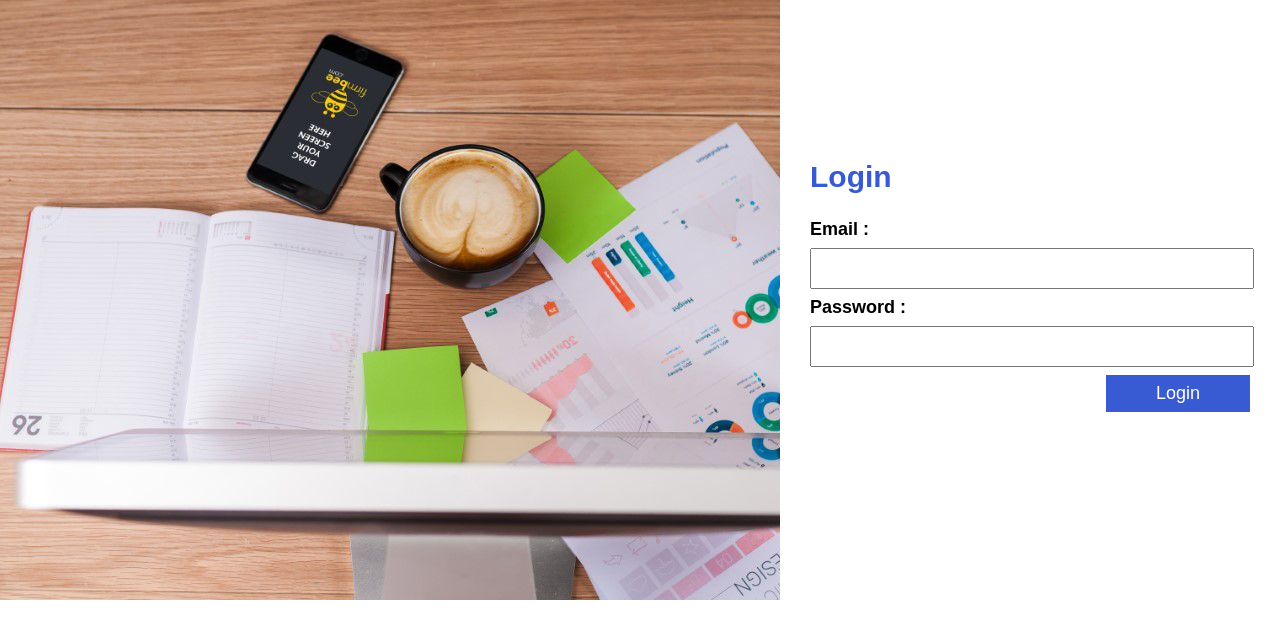
Repository: bayulalu/sekolah-orgaisasi
Page: http://localhost/login-user
These files come from the project's save history. The page is drawn as it stood at one moment and after the next save; the edit follows.
The browser window is 1280 px wide. The pictures show the whole page.
The page is served by the project's Laravel application, run on PHP 8.4 with Laravel 8. Other server files are loaded and not shown.

Above is the page before, as saved 2020-07-19 14:04:30.

### routes/web.php
<?php

use Illuminate\Support\Facades\Route;



// Route::get('/', function () {
//     return view('welcome');
// });



Route::get('/login-user', 'AuthController@login')->name('login');
Route::post('/login-user', 'AuthController@postLogin')->name('login');
Route::get('/event', 'ArtikelController@event')->name('event');

Route::group(['middleware' => 'auth'], function(){

    Route::get('/register-user','AuthController@registerUser')->name('register');
    Route::post('/register-user','AuthController@storeUser')->name('register');
    Route::get('/logout', 'AuthController@logout' )->name('logout');

    Route::get('/create-envet', 'ArtikelController@create')->name('create-event');
    Route::post('/create-envet', 'ArtikelController@store')->name('create-event');

    Route::get('/event-delete/{slug}', 'ArtikelController@delete');
    Route::get('/event-update/{slug}', 'ArtikelController@edit');
    Route::post('/event-update/{slug}', 'ArtikelController@update');
});

Route::get('/', 'ArtikelController@index')->name('home');
Route::get('/event/{slug}', 'ArtikelController@showDetail')->name('singgel-event');


// Route::get('/tes', function () {
//     return view('gush.singgle');

// });

// Auth::routes();

// Route::get('/home', 'HomeController@index')->name('home');

### app/Http/Controllers/AuthController.php
<?php

namespace App\Http\Controllers;

use Auth;
use Illuminate\Http\Request;
use App\Models\User;
use Illuminate\Support\Facades\Auth as FacadesAuth;

class AuthController extends Controller
{
    public function login()
    {
        return view('auth2.login');
    }

    public function postLogin(Request $request)
    {
        // die('mask');

        $this->validate($request, [
            'user' => 'required',
            'password' => 'required'
        ]);


        $users = auth()->attempt(['user' => $request->user, 'password' => $request->password]);

        if (!$users) {
            return redirect()->back()->withInput($request->only('user', 'password'));
        }

        return redirect()->route('home');
    }

    public function registerUser()
    {
        if(Auth::user()->level != 1){
            return redirect()->route('home');

        }


        return view('auth2.register');
    }

    public function storeUser(Request $request)
    {

        if(Auth::user()->level != 1){
            return redirect()->route('home');

        }

        $this->validate($request, [
            'name' => 'required',
            'user' => 'required|unique:users',
            'organisasi' => 'required',
            'password' => 'required|string'
        ]);


      User::create([
            'name' => $request->name,
            'user' => $request->user,
            'status' => $request->organisasi,
            'password' =>  bcrypt($request->password),
            'level' => 2,
        ]);

        return redirect()->route('register')->with('msg','User Berhasil Di Tambah');


    }



    public function logout()
    {
        Auth::logout();
        return redirect()->route('home');
    }
}

### resources/views/auth2/login.blade.php


<!DOCTYPE html>
<html lang="en">
<head>
    <meta charset="UTF-8">
    <meta name="viewport" content="width=device-width, initial-scale=1.0">
    <meta http-equiv="X-UA-Compatible" content="ie=edge">
    <title>Login</title>
</head>
    <link rel="stylesheet" href="{{ asset('css/login.css') }}">
<body>
    <div class="d1">

    </div>
    <div class="login">
      <form class="" action="index.html" method="post">
        <h2>Login </h2>
    <label for="">Email :</label>
        <input class="txtb" type="text" name="" value="">
        <label for="">Password :</label>
        <input class="txtb" type="password" name="" value="">
        <div class="check">

      </div>
            <input class="btn" type="button" name="" value="Login">
      </form>
    </div>
</body>
</html>

### public/css/login.css
body,
html {
    margin: 0;
    padding: 0;
    height: 100%;
    font-family: sans-serif;
}
.d1 {
    width: 70%;
    height: 100%;
    overflow: hidden;
    float: left;
    /* background: ("../img/intro-bg.png") center; */
    background-image: url("../img/login.jpg")  ;
    background-repeat: no-repeat;
}
.login {
    position: fixed;
    overflow: hidden;
    width: 100%;
    max-width: 500px;
    right: 0;
    margin: 0;
    background: #fff;
    height: 100%;
    z-index: 1;
}
.login form {
    margin: 160px 30px;
}
.login h2 {
    font-size: 30px;
    color: #385ad2;
}
.login label {
    display: block;
    font-size: 18px;
    font-weight: 700;
    margin: 8px 0;
}
.txtb {
    width: 100%;
    padding: 8px 0;
    font-size: 18px;
}
.check {
    margin: 8px 0;
}
.btn {
    display: block;
    float: right;
    background: #385ad2;
    font-size: 18px;
    padding: 8px 50px;
    color: white;
    border: none;
    border-radius: 20px solid grey;
}

Loaded but not shown: app/Http/Controllers/Controller.php (common file)

After the next save:
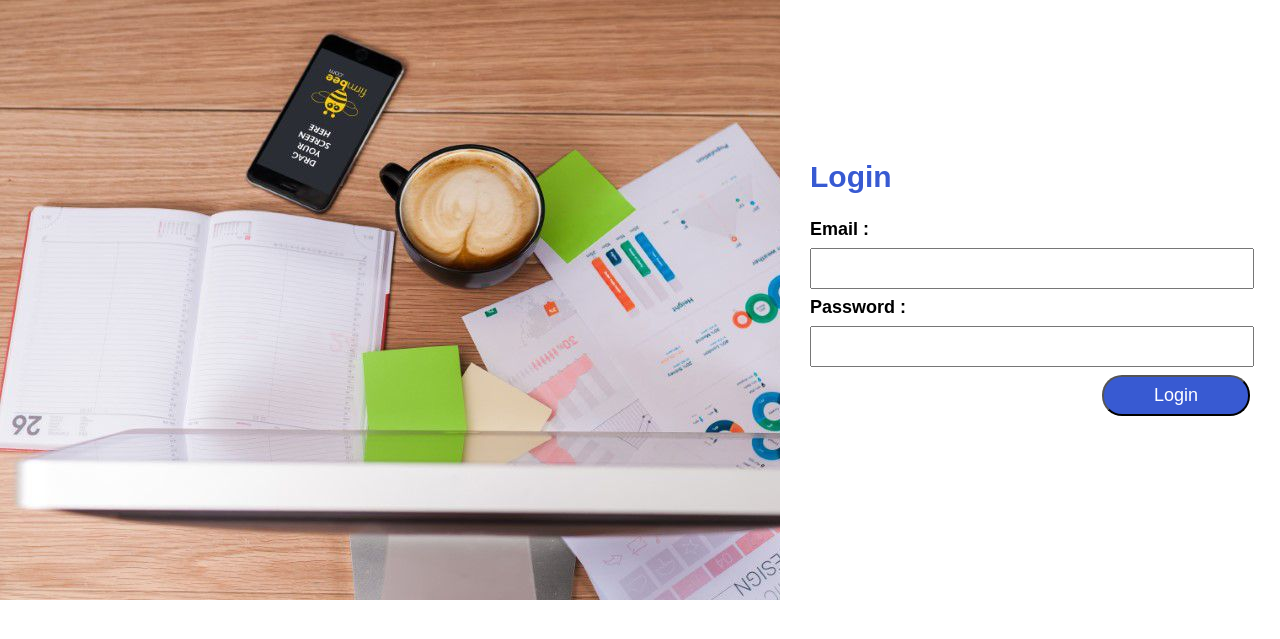
Saved 89 s later.
--- a/public/css/login.css
+++ b/public/css/login.css
@@ -53,6 +53,6 @@ html {
     font-size: 18px;
     padding: 8px 50px;
     color: white;
-    border: none;
-    border-radius: 20px solid grey;
+    /* border: none; */
+    border-radius: 20px ;
 }
